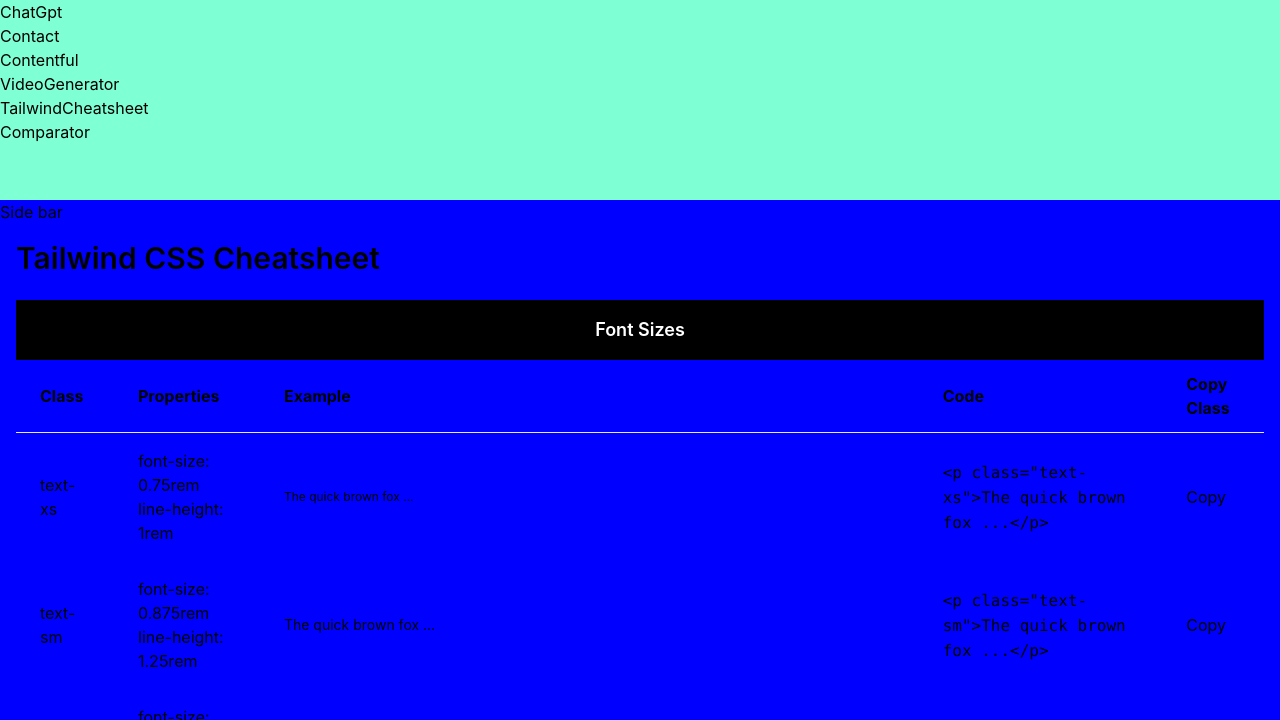
Repository: Coralee-Long/react-bits
Page: /tailwind-cheatsheet
An editor plug-in stored every save of this project. The page is shown before and after the next save, followed by the edit.
The browser window is 1280 px wide. The pictures show the whole page.
An inner scrolling area shows only its first screen. The project was rebuilt for these pictures with package versions that can differ from the ones it lists, and the page was loaded fresh each time. Also part of the build but not shown: src/pages/HomePage.js, src/pages/ContactPage.js, src/pages/VideoGeneratorPage.js, src/pages/ChatGptPage.js, src/components/projects/Comparator/data/productsData.js, src/components/projects/Comparator/components/ComparatorPresenter.js, src/pages/ComparatorPage.js, src/pages/ContentfulPage.js.

Above is the page before, as saved 2024-02-09 17:04:26.

### src/index.css
@tailwind base;
@tailwind components;
@tailwind utilities;

html,
body {
  font-family: -apple-system, BlinkMacSystemFont, 'Segoe UI', 'Roboto', 'Oxygen',
    'Ubuntu', 'Cantarell', 'Fira Sans', 'Droid Sans', 'Helvetica Neue',
    sans-serif;
  -webkit-font-smoothing: antialiased;
  -moz-osx-font-smoothing: grayscale;
  height: 100%;
  width: 100%;
  margin: 0;
  padding: 0;
  overflow-x: hidden; /* Prevents horizontal scroll */
  box-sizing: border-box;
}

#root {
  height: 100%;
}

### src/App.js
import AppRoutes from './routes/AppRoutes';
import Header from './layout/Header/Header';
import Footer from './layout/Footer/Footer';
import './App.css';

const App = () => {
  return (
    <div className="app-container">
      <Header />
      <main>
        <AppRoutes />
      </main>
      <Footer />
    </div>
  );
};

export default App;

### src/routes/AppRoutes.js
import { Routes, Route } from 'react-router-dom';
import HomePage from '../pages/HomePage.js';
import ContactPage from '../pages/ContactPage';
import TailwindCheatsheetPage from '../pages/TailwindCheatsheetPage.js';
import VideoGeneratorPage from '../pages/VideoGeneratorPage.js';
import ChatGptPage from '../pages/ChatGptPage.js';
import ComparatorPage from '../pages/ComparatorPage.js';
import ContentfulPage from '../pages/ContentfulPage.js';

const AppRoutes = () => {
  return (
    <Routes>
      <Route path="/" element={<HomePage />} />
      <Route path="/contact" element={<ContactPage />} />
      <Route path="/tailwind-cheatsheet" element={<TailwindCheatsheetPage />} />
      <Route path="/video" element={<VideoGeneratorPage />} />
      <Route path="/chatgpt" element={<ChatGptPage />} />
      <Route path="/comparator" element={<ComparatorPage />} />
      <Route path="/contentful" element={<ContentfulPage />} />
    </Routes>
  );
};

export default AppRoutes;

### src/layout/Header/Header.js
import Dropdown from '../../components/commons/DropDown/Dropdown';

const Header = () => {
  return (
    <header>
      <Dropdown />
    </header>
  );
};
export default Header;

### src/layout/Footer/Footer.js
const Footer = () => {
  return (
    <footer>
      <h1>Footer</h1>
    </footer>
  );
};
export default Footer;

### src/App.css
.app-container {
  display: flex;
  flex-direction: column;
  min-height: 100vh;
  background-color: brown;
}

main {
  flex-grow: 1;
  width: 100%;
  background-color: blue;
}

header {
  background-color: aquamarine;
  height: 200px;
  width: 100%;
}

footer {
  background-color: blueviolet;
  height: 100px;
  width: 100%;
}

### src/pages/TailwindCheatsheetPage.js
import TailwindGrid from '../components/projects/TailwindCheatsheet/components/TailwindGrid';
import { tailwindData } from '../components/projects/TailwindCheatsheet/data/tailwindData';
import SideNavBar from '../components/navigation/SideNavBar';

const TailwindCheatsheetPage = () => {
  return (
    <>
      <aside>
        <SideNavBar />
      </aside>
      <div className="container mx-auto p-4">
        <h1 className="text-3xl font-semibold mb-6">Tailwind CSS Cheatsheet</h1>
        <TailwindGrid data={tailwindData} />
      </div>
    </>
  );
};

export default TailwindCheatsheetPage;

### src/components/commons/DropDown/Dropdown.js
import { Link } from 'react-router-dom';
import pages from '../../../utils/pagesRegistry';

const Dropdown = () => {
  console.log(pages);
  return (
    <div className="dropdown">
      <ul>

        {pages.map((page) => (
          <li key={page.name}>
            <Link to={page.path}>{page.name}</Link>
            {/* <p>{page.name}</p>
            <p>{page.path}</p> */}
          </li>
        ))}
      </ul>
    </div>
  );
};

export default Dropdown;

### src/components/projects/TailwindCheatsheet/components/TailwindGrid.js
import React from 'react';
import { copyToClipboard } from './TailwindGrid.utils';

function TailwindGrid({ data }) {
  console.log(data);
  return (
    <table className="min-w-full divide-y divide-gray-200">
      {data.map((sectionData) => (
        <React.Fragment key={sectionData.section}>
          <thead>
            <tr>
              <th
                colSpan="5"
                className="py-4 px-6 bg-black text-white text-lg font-semibold"
              >
                {sectionData.section}
              </th>
            </tr>
            <tr>
              <th className="py-3 px-6 text-left">Class</th>
              <th className="py-3 px-6 text-left">Properties</th>
              <th className="py-3 px-6 text-left">Example</th>
              <th className="py-3 px-6 text-left">Code</th>
              <th className="py-3 px-6 text-left">Copy Class</th>
            </tr>
          </thead>
          <tbody>
            {sectionData.items.map((item) => (
              <tr key={item.class}>
                <td className="py-4 px-6">{item.class}</td>
                <td className="py-4 px-6">
                  <ul>
                    {Object.entries(item.properties).map(([key, value]) => (
                      <li key={key}>{`${key}: ${value}`}</li>
                    ))}
                  </ul>
                </td>
                <td className="py-4 px-6">
                  <p className={`text-black ${item.class}`}>
                    The quick brown fox ...
                  </p>
                </td>
                <td className="py-4 px-6">
                  <code>{`<p class="${item.class}">The quick brown fox ...</p>`}</code>
                </td>
                <td className="py-4 px-6">
                  <button onClick={() => copyToClipboard(item.class)}>
                    Copy
                  </button>
                </td>
              </tr>
            ))}
          </tbody>
        </React.Fragment>
      ))}
    </table>
  );
}

export default TailwindGrid;

### src/components/projects/TailwindCheatsheet/data/tailwindData.js
export const tailwindData = [
  {
    section: 'Font Sizes',
    items: [
      {
        class: 'text-xs',
        properties: {
          'font-size': '0.75rem',
          'line-height': '1rem',
        },
      },
      {
        class: 'text-sm',
        properties: {
          'font-size': '0.875rem',
          'line-height': '1.25rem',
        },
      },
      {
        class: 'text-base',
        properties: {
          'font-size': '1rem',
          'line-height': '1.5rem',
        },
      },
      {
        class: 'text-lg',
        properties: {
          'font-size': '1.125rem',
          'line-height': '1.75rem',
        },
      },
      {
        class: 'text-xl',
        properties: {
          'font-size': '1.25rem',
          'line-height': '1.75rem',
        },
      },
      {
        class: 'text-2xl',
        properties: {
          'font-size': '1.5rem',
          'line-height': '2rem',
        },
      },
      {
        class: 'text-3xl',
        properties: {
          'font-size': '1.875rem',
          'line-height': '2.25rem',
        },
      },
      {
        class: 'text-4xl',
        properties: {
          'font-size': '2.25rem',
          'line-height': '2.5rem',
        },
      },
      {
        class: 'text-5xl',
        properties: {
          'font-size': '3rem',
          'line-height': '1',
        },
      },
      {
        class: 'text-6xl',
        properties: {
          'font-size': '3.75rem',
          'line-height': '1',
        },
      },
      {
        class: 'text-7xl',
        properties: {
          'font-size': '4.5rem',
          'line-height': '1',
        },
      },
      {
        class: 'text-8xl',
        properties: {
          'font-size': '6rem',
          'line-height': '1',
        },
      },
      {
        class: 'text-9xl',
        properties: {
          'font-size': '8rem',
          'line-height': '1',
        },
      },
    ],
  },
];

### src/components/navigation/SideNavBar.js
export const SideNavBar = () => {
  return (
    <div>
      <p>Side bar</p>
    </div>
  );
};
export default SideNavBar;

### src/utils/pagesRegistry.js
const pages = [
  { name: 'ChatGpt', path: '/chatgpt' },
  { name: 'Contact', path: '/contact' },
  { name: 'Contentful', path: '/contentful' },
  { name: 'VideoGenerator', path: '/video' },
  { name: 'TailwindCheatsheet', path: '/tailwind-cheatsheet' },
  { name: 'Comparator', path: '/comparator' },
];

export default pages;

### src/components/projects/TailwindCheatsheet/components/TailwindGrid.utils.js
export const copyToClipboard = (text) => {
  // Create a temporary textarea element to hold the text to be copied
  const textarea = document.createElement('textarea');
  textarea.value = text;

  // Append the textarea to the document
  document.body.appendChild(textarea);

  // Select the text in the textarea
  textarea.select();
  textarea.setSelectionRange(0, 99999); // For mobile devices

  // Copy the selected text to the clipboard
  document.execCommand('copy');

  // Remove the temporary textarea from the document
  document.body.removeChild(textarea);

  // Optionally, provide user feedback (e.g., tooltip or message)
  alert(`Copied: ${text}`);
};

### tailwind.config.js
/** @type {import('tailwindcss').Config} */
module.exports = {
  purge: ['./src/**/*.{js,jsx,ts,tsx}', './public/index.html'],
  darkMode: false, // or 'media' or 'class'
  theme: {
    extend: {
      boxShadow: {
        custom:
          'inset -4px -4px 6px -1px rgba(255, 255, 255, 1), inset 2px 2px 8px -1px rgba(72, 79, 96, 0.5)',
      },
    },
  },
  variants: {
    extend: {},
  },
  plugins: [],
};

Loaded but not shown: public/index.html (common file); src/index.js (common file); src/reportWebVitals.js (common file)

After the next save:
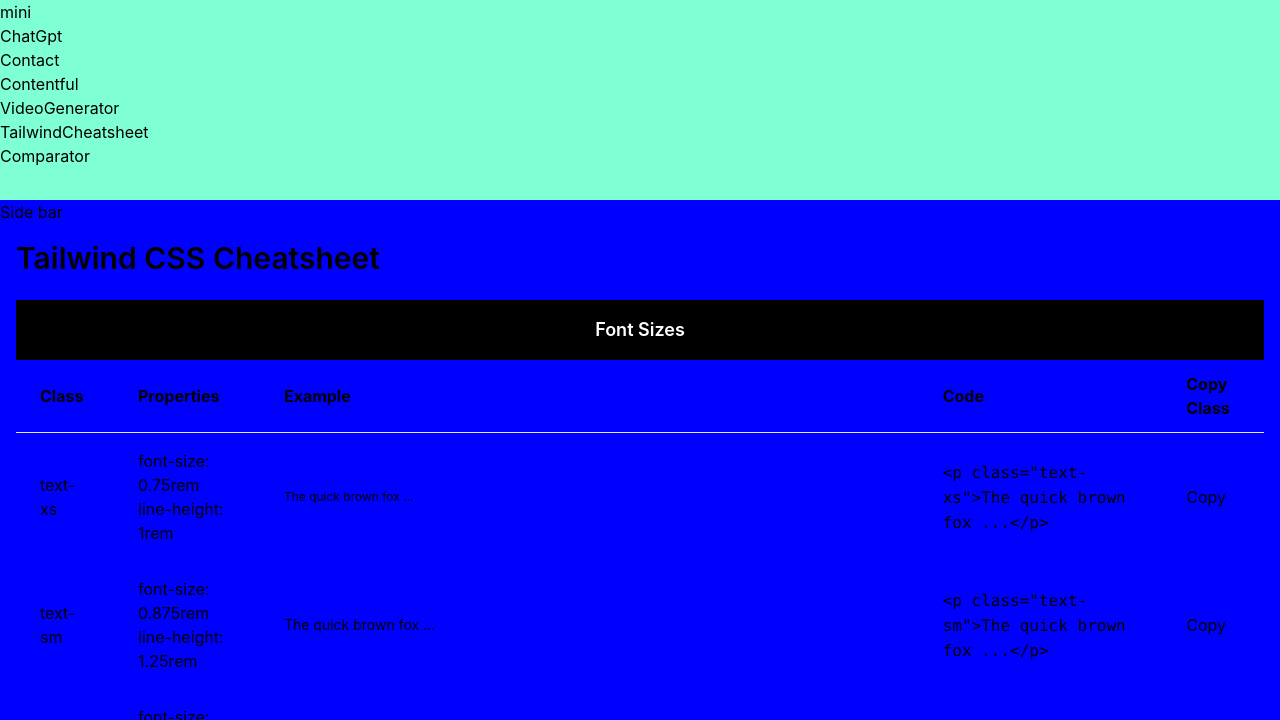
Saved 11 s later.
--- a/src/components/commons/DropDown/Dropdown.js
+++ b/src/components/commons/DropDown/Dropdown.js
@@ -6,7 +6,7 @@ const Dropdown = () => {
   return (
     <div className="dropdown">
       <ul>
-
+mini
         {pages.map((page) => (
           <li key={page.name}>
             <Link to={page.path}>{page.name}</Link>
